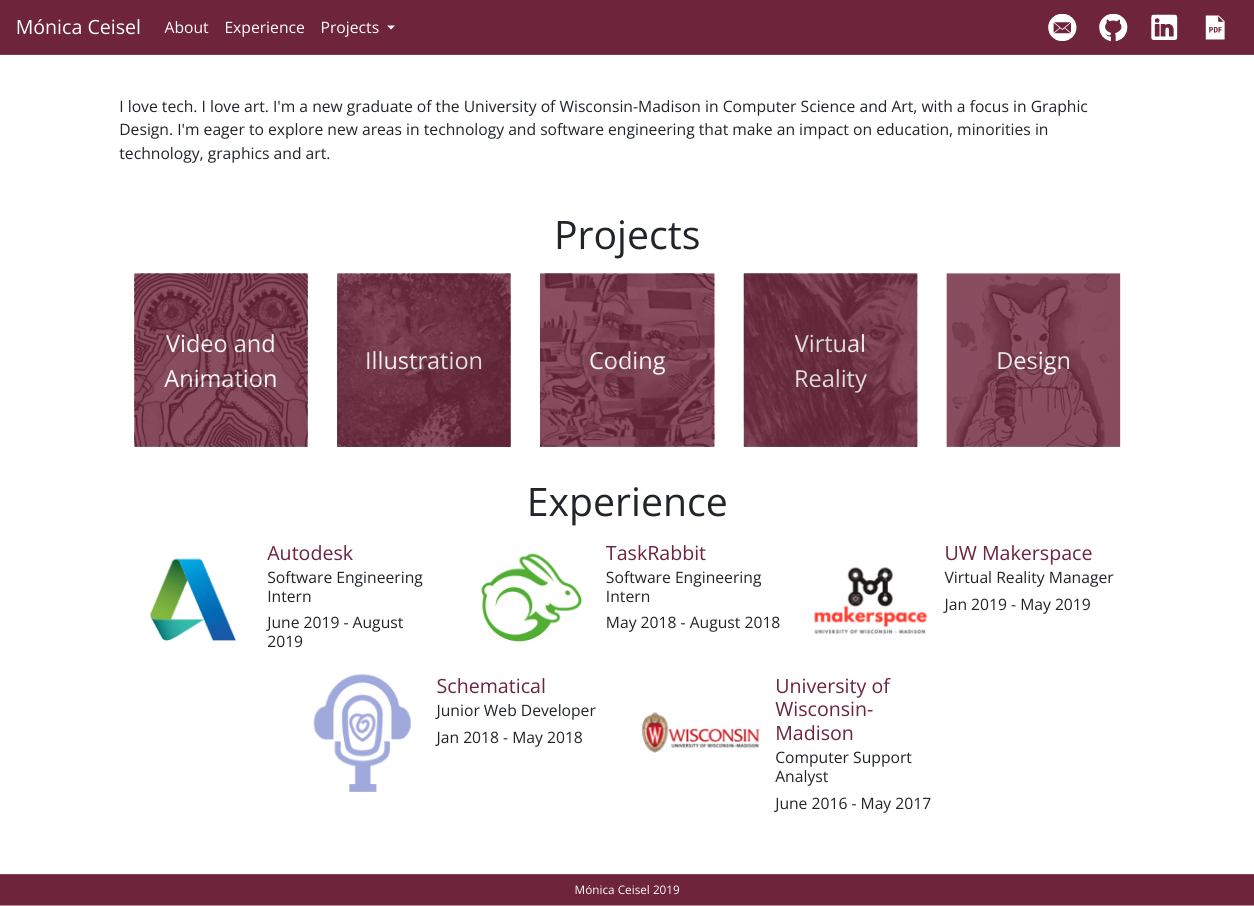
Repository: ceiselm/ceiselm.github.io
Page: index.html
The author's editor kept a copy of each file at every save. The page is drawn from the files as they stood at one save, then again after a run of saves.
The browser window is 1280 px wide. The pictures show the whole page, at 98% of full size.

Above is the page before, as saved 2019-08-07 23:14:32.

### index.html
<!DOCTYPE html>
<html lang="en">

<head>
  <meta charset="utf-8">
  <meta http-equiv="X-UA-Compatible" content="IE=edge">
  <meta name="viewport" content="width=device-width, initial-scale=1">
  <title>M&oacute;nica Ceisel</title>
  <!-- Bootstrap -->
  <link href="css/bootstrap-4.2.1.css" rel="stylesheet">
  <!-- slick -->
  <link rel="stylesheet" type="text/css" href="slick/slick.css" />
  <!-- Add the new slick-theme.css if you want the default styling -->
  <link rel="stylesheet" type="text/css" href="slick/slick-theme.css" />
  <!-- font -->
  <link href="https://fonts.googleapis.com/css?family=Open+Sans&display=swap" rel="stylesheet">
  <!-- overwrites -->
  <link href="css/home.css" rel="stylesheet">
</head>

<body>
  <main>
    <!-- site navigation component START -->
    <nav class="navbar navbar-expand-lg navbar-dark bg-dark">
      <a class="navbar-brand" href="./index.html">M&oacute;nica Ceisel</a>
      <button class="navbar-toggler" type="button" data-toggle="collapse" data-target="#navbarSupportedContent"
        aria-controls="navbarSupportedContent" aria-expanded="false" aria-label="Toggle navigation">
        <span class="navbar-toggler-icon"></span>
      </button>
      <div class="collapse navbar-collapse" id="navbarSupportedContent">
        <ul class="navbar-nav mr-auto">
          <li class="nav-item">
            <a class="nav-link" href="#startAbout">About</a>
          </li>
          <li class="nav-item">
            <a class="nav-link" href="#startExperience">Experience</a>
          </li>
          <li class="nav-item dropdown">
            <a class="nav-link dropdown-toggle" href="#" id="navbarDropdown" role="button" data-toggle="dropdown"
              aria-haspopup="true" aria-expanded="false">
              Projects
            </a>
            <div class="dropdown-menu" aria-labelledby="navbarDropdown">
              <a class="dropdown-item" href="./subpages/coding.html">Coding</a>
              <div class="dropdown-divider"></div>
              <a class="dropdown-item" href="./subpages/illustration.html">Illustration</a>
              <a class="dropdown-item" href="./subpages/design.html">Design</a>
              <a class="dropdown-item" href="./subpages/virtualreality.html">Virtual Reality</a>
              <a class="dropdown-item" href="./subpages/videoandanimation.html">Video and Animation</a>
            </div>
          </li>
        </ul>
      </div>
      <!--		HAVE ICONS APPEAR ON BOTTOM FOR RESPONSIVE!-->
      <div class="navabar navbar-collapse">
        <ul class="navbar-nav ml-auto">
          <li class="nav-item">
            <a target="_blank" href="mailto:ceiselm@gmail.com"><img class="contact-icon" src="images/social/mail.svg"
                title="ceiselm@gmail.com" alt="mail"></a>
            <a target="_blank" href="https://github.com/ceiselm"><img class="contact-icon" src="images/social/github.svg"
                title="ceiselm" alt="github"></a>
            <a target="_blank" href="https://www.linkedin.com/in/monicaceisel/"><img class="contact-icon" src="images/social/linkedin.svg"
                title="monicaceisel" alt="linkedin"></a>
            <!-- <a target="_blank" href="https://twitter.com/Momonimations"><img class="contact-icon" src="images/social/twitter.svg" title="Momonimations" alt="twitter"></a> -->
            <a target="_blank" href="https://drive.google.com/file/d/1Cxu938UaEI__a5fxJjOS7-iBWBv4FZOx/view?usp=sharing"><img
                class="contact-icon" src="images/social/pdf.svg" title="Resume" alt="resume"></a>
          </li>
        </ul>
      </div>
    </nav>
    <!-- site navigation component END -->
    <!-- <hr> -->
    <!-- about START -->
    <div class="container col-10">
    <div class="row justify-content-center">
    <!-- <div class="col-8"> -->
    <div class="portion">

      <section>
        <div class="text-center mt-2">
          <div class="container">
            <div class="row">
              <div class="col-12">
                <!-- <h1 id="startAbout">About</h1> -->
                <div class="container">
                  <div class="row justify-content-center">
                    <!-- <div class="col col-md-8"> -->
                      <p align="left">I love tech. I love art. I'm a new graduate of the University of Wisconsin-Madison
                        in Computer Science and Art,
                        with a focus in Graphic Design. I'm eager to explore new areas in technology and software
                        engineering that
                        make an impact on education, minorities in technology, graphics and art.
                      </p>
                    <!-- </div> -->
                  </div>
                </div>
                <!-- noteworthy articles -->
                <!--				https://insider.windows.com/en-us/community-news/how-this-coder-artist-grew-superpowers-to-create/-->
                <!--				https://insider.windows.com/en-us/community-news/extraordinary-women-in-computing/-->

                <!-- <div class="wrapper"> -->
                <!-- <div class="portion">
                  <div class="row align-items-center">
                  <div class="container col-lg-10 col-md-10">
                  <div class="slides">
                    <div><img class="slide-item col-sx-4" src="images/carousel/Microsoft.png" alt="First slide"><a class="highlight" href="https://insider.windows.com/en-us/community-news/how-this-coder-artist-grew-superpowers-to-create/">Microsoft Women
                      in Computing Award Winner</a></div>
                    <div><img class="slide-item col-sx-4" src="images/carousel/Target.jpg" alt="Second slide">1st Place for the
                      Target Women in Tech Symposium Hackathon</div>
                    <div><img class="slide-item col-sx-4" src="images/carousel/TaskRabbit.jpg" alt="Third slide">Software
                      Engineering Internship at TaskRabbit</div>
                    </div>
                  </div>
                </div> -->
              </div>
              </div>
            </div>
          </div>
        </div>
      </section>
    </div>
    <!-- about END -->
    <!-- <hr> -->
    <!-- projects START -->
    <div class="portion">
      <section>
        <div class="container">
          <div class="row">
            <div class="col-12 text-center">
              <h1>Projects</h1>
              <!-- <p>Lorem ipsum dolor sit amet, consectetur adipisicing elit. Officia, et, placeat !</p> -->
            </div>
          </div>
          <div class="row mt-2">

            <div class="col-md mt-md-0 mt-1">
              <a href="./subpages/videoandanimation.html">
                <img class="image img-fluid float-right" src="images/buttons/Button03.png" alt="Video and Animation" href="#">
                <div class="overlay">
                  <div class="text">Video and Animation</div>
                </div>
              </a>
            </div>

            <div class="col-md mt-md-0 mt-1">
              <a href="./subpages/illustration.html">
                <img class="image img-fluid float-left" src="images/buttons/Button01.png" alt="Illustration">
                <div class="overlay">
                  <div class="text">Illustration</div>
                </div>
              </a>
            </div>

            <div class="col-md mt-md-0 mt-1">
              <a href="./subpages/coding.html">
                <img class="image img-fluid float-left" src="images/buttons/Button05.png" alt="Coding" href="#">
                <div class="overlay">
                  <div class="text">Coding</div>
                </div>
              </a>
            </div>
            <div class="col-md mt-md-0 mt-1">
              <a href="./subpages/virtualreality.html">
                <img class="image img-fluid float-right" src="images/buttons/Button04.png" alt="Virtual Reality" href="#">
                <div class="overlay">
                  <div class="text">Virtual Reality</div>
                </div>
              </a>
            </div>
            <div class="col-md mt-md-0 mt-1">
              <a href="./subpages/design.html">
                <img class="image img-fluid float-left" src="images/buttons/Button02.png" alt="Design" href="#">
                <div class="overlay">
                  <div class="text">Design</div>
                </div>
              </a>
            </div>
          </div>
        </div>
      </section>
    </div>
  <!-- projects END -->
    <!-- experience START -->
    <!-- <hr> -->
    <div class="portion">
      <section>
        <div class="container">
          <div class="row">
            <div class="col-12 text-center">
              <h1 id="startExperience">Experience</h1>
              <!-- <p>Lorem ipsum dolor sit amet, consectetur adipisicing elit. Quibusdam, magni, doloribus, possimus eum sapiente deleniti doloremque fugit ut expedita molestiae iusto debitis eveniet modi obcaecati ipsam quos quis labore dicta.</p> -->
            </div>
          </div>
        </div>
      </section>
      <section>
        <div class="container mt-2">
          <div class="row align-items-center">
            <div class="col-md-4 col-12">
              <ul class="list-unstyled">
                <li class="media">
                  <img class="mr-3" src="images/companies/120px-Autodesk_logo.svg.png" alt="Autodesk">
                  <div class="media-body">
                    <h5 class="mt-0 mb-1"><a href="https://www.autodesk.com/">Autodesk</a></h5>
                    <h6>Software Engineering Intern</h6>
                    <h6>June 2019 - August 2019</h6>
                  </div>
                </li>
              </ul>
            </div>
            <div class="col-md-4 col-12">
              <ul class="list-unstyled">
                <li class="media">
                  <img class="mr-3" src="images/companies/taskrabbit_logo.png" alt="TaskRabbit">
                  <div class="media-body">
                    <h5 class="mt-0 mb-1"><a href="https://www.taskrabbit.com/">TaskRabbit</a></h5>
                    <h6>Software Engineering Intern</h6>
                    <h6>May 2018 - August 2018</h6>
                  </div>
                </li>
              </ul>
            </div>
            <div class="col-md-4 col-12">
              <ul class="list-unstyled">
                <li class="media">
                  <img class="mr-3" src="images/companies/makerspacelogo.png" alt="Makerspace">
                  <div class="media-body">
                    <h5 class="mt-0 mb-1"><a href="https://making.engr.wisc.edu/">UW Makerspace</a></h5>
                    <h6>Virtual Reality Manager</h6>
                    <h6>Jan 2019 - May 2019</h6>
                  </div>
                </li>
              </ul>
            </div>
          </div>
        <!-- second row -->
        <div class="row">
          <div class="container col-lg-8 col-md-8 col-sm-12 col-xs-12">
                    <div class="row">
            <div class="col">
              <ul class="list-unstyled">
                <li class="media">
                  <img class="mr-3" src="images/companies/castdex_logo.png" alt="Schematical">
                  <div class="media-body">
                    <h5 class="mt-0 mb-1">Schematical</h5>
                    <h6>Junior Web Developer</h6>
                    <h6>Jan 2018 - May 2018</h6>
                  </div>
                </li>
              </ul>
            </div>
            <div class="col">
              <ul class="list-unstyled">
                <li class="media">
                  <img class="mr-3" src="images/companies/uwmadison.png" alt="University of Wisconsin-Madison">
                  <div class="media-body">
                    <h5 class="mt-0 mb-1"><a href="">University of Wisconsin-Madison</a></h5>
                    <h6>Computer Support Analyst</h6>
                    <h6>June 2016 - May 2017</h6>
                  </div>
                </li>
              </ul>

            </div>
            <div>
          </div>
          </div>

        </div>
      </section>
    </div>
  <!-- </div> -->
  </div>
</div>
</div>
  <!-- experience END -->
  </main>
  <!-- footer START -->
  <div class="portion">
    <div class="footer">
      <div class="container h-100">
        <div class="row h-100 justify-content-center align-items-center footer-text">
          <div class="col-12 text-center">
            M&oacute;nica Ceisel 2019
          </div>
        </div>
      </div>
    </div>
  </div>
  <!-- footer END -->
  <!-- jQuery (necessary for Bootstrap's JavaScript plugins) -->
  <script src="js/jquery-3.3.1.min.js"></script>
  <!-- Include all compiled plugins (below), or include individual files as needed -->
  <script src="js/popper.min.js"></script>
  <script src="js/bootstrap-4.2.1.js"></script>
  <script src="js/index.js"></script>
  <!-- slick -->
  <script type="text/javascript" src="slick/slick.min.js"></script>
</body>

</html>

### css/home.css
@charset "utf-8";
/* CSS Document */

body {
  font-family: 'Open Sans', sans-serif;
}

main {
  padding-bottom: 2rem;
}

.footer {
  left: 0;
  bottom: 0;
  width: 100%;
  background-color: #6E243B;
  color: white;
  text-align: center;
  height: 2rem;
  position: relative;
  margin-top: -2rem;
  clear: both;
}

.footer-text {
  font-size: .75rem;
}

.contact-icon {
    height: 1.8em;
    width: 3em;

}

.contact-icon:hover {
    position: relative;
	opacity: .8;
}

.bg-dark {
  background-color: #6E243B !important;
}

.navbar-dark .navbar-nav .nav-link {
    color: rgba(255, 255, 255, 255);
}

h5 {
	color: #6E243B;
}

h5:hover, h5:link, h5:focus {
	color: #EDA200;
}

a {
	text-decoration: none !important;
	color: inherit;
}

a:hover, a:link, a:focus {
	color: inherit;
}

.image {
  position:relative;
  display: block;
  width: 100%;
  height: auto;
  opacity: 0.9;
  transition: 1s ease;
  -webkit-filter: grayscale(100%); /* Safari 6.0 - 9.0 */
  filter: grayscale(100%);
}

.overlay {
  position: relative;
  top: 0;
  bottom: 0;
  left: 0;
  right: 0;
  height: 100%;
  width: 100%;
  opacity: 0.8;
  background-color: #6E243B;
}

.col-md:hover .image {
  opacity: 1;
  -webkit-filter: grayscale(0%); /* Safari 6.0 - 9.0 */
  filter: grayscale(0%);
}

.col-md:hover .overlay {
  opacity: 0;
}


.text {
  color: white;
  font-size: 18pt;
  position: absolute;
  top: 50%;
  left: 50%;
  opacity: 1 !important;
  -webkit-transform: translate(-50%, -50%);
  -ms-transform: translate(-50%, -50%);
  transform: translate(-50%, -50%);
  text-align: center;
}


.slide-item {
  width: 100%;
}


.slick-prev:before {
  color: #6E243B;
}

.slick-next:before {
  color: #6E243B;
}

.slick-dots li.slick-active button::before {
  color: #6E243B;
}

.slick-dots li button::before {
  color: #6E243B;
}

.portion {
  padding-top: 3%;
}

.google-slides-container{
  position: relative;
  width: 100%;
  padding-top: 60%;
  overflow: hidden;
}

.google-slides-container iframe{
  position: absolute;
  top: 0;
  left: 0;
  width: 100%;
  height: 100%;
}

### js/index.js
$(document).ready(function(){
  $('.slides').slick({
    centerMode: true,
    centerPadding: '60px',
    slidesToShow: 1,
    slidesToScroll: 1,
    adaptiveHeight: true,
    dots: true,
    arrows: true,
    variableWidth: true,
    autoplay: true,
    autoplaySpeed: 2000,
    responsive: [
      {
        breakpoint: 768,
        settings: {
          arrows: false,
          centerMode: true,
          centerPadding: '40px',
          slidesToShow: 1
        }
      },
      {
        breakpoint: 480,
        settings: {
          arrows: false,
          centerMode: true,
          centerPadding: '40px',
          slidesToShow: 1
        }
      }
    ]

  });
});

Loaded but not shown: css/bootstrap-4.2.1.css (library); slick/slick.css (common file); slick/slick-theme.css (library); js/jquery-3.3.1.min.js (library); js/popper.min.js (library); js/bootstrap-4.2.1.js (library); slick/slick.min.js (library)

After the next 2 saves:
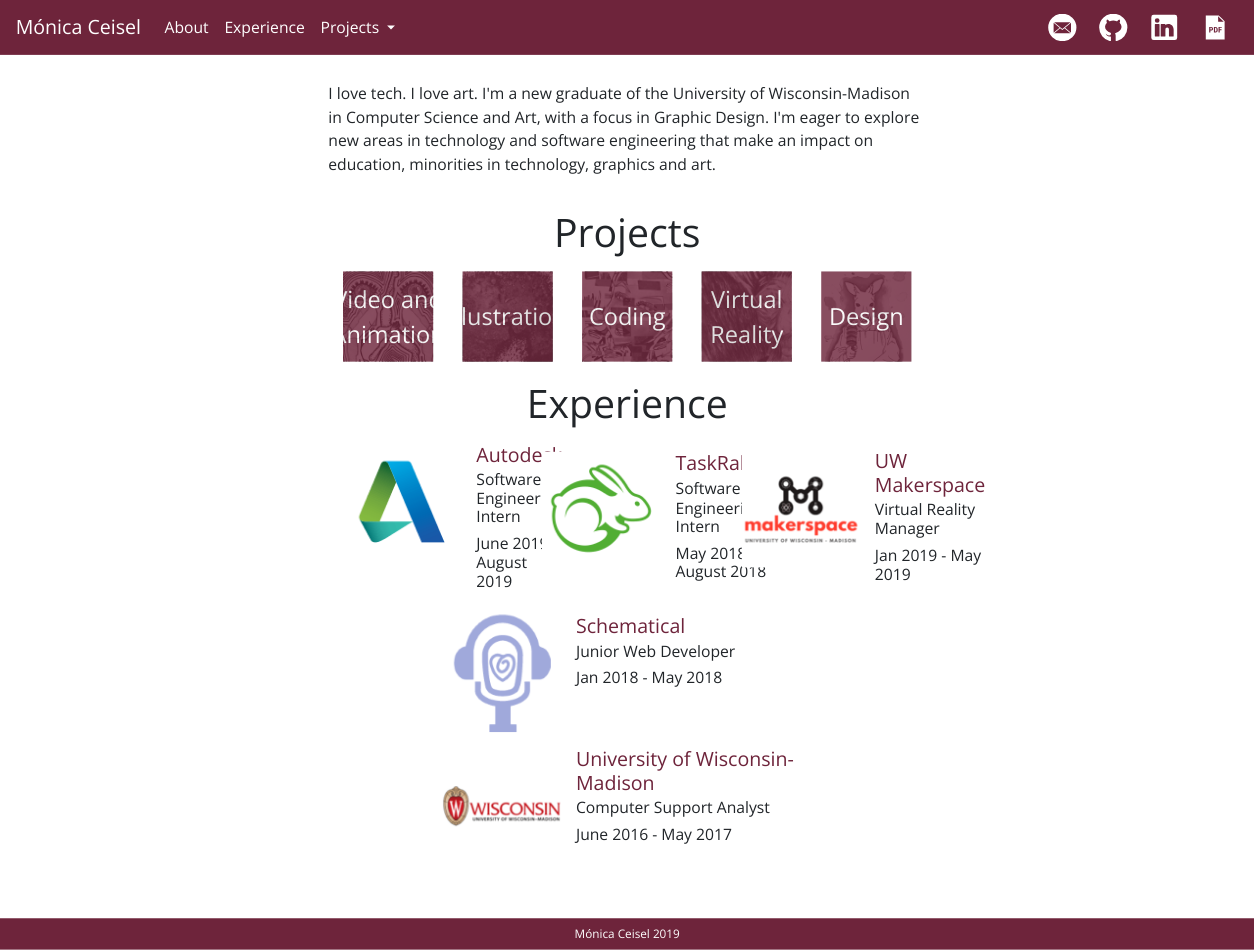
The 2 saves are shown as one change because they came seconds apart.
The last was saved 8 s later.
--- a/index.html
+++ b/index.html
@@ -71,7 +71,7 @@
     <!-- site navigation component END -->
     <!-- <hr> -->
     <!-- about START -->
-    <div class="container col-10">
+    <div class="container col-6">
     <div class="row justify-content-center">
     <!-- <div class="col-8"> -->
     <div class="portion">
